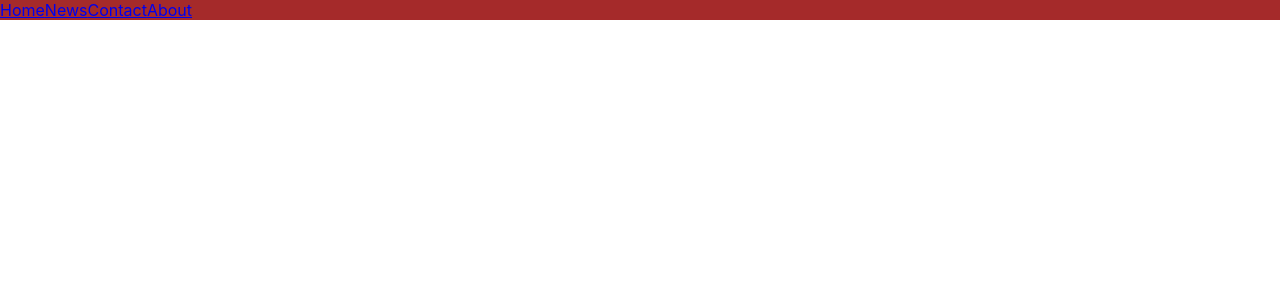
Repository: tusharpasricha/owlsomecoffee
Page: /
The author's editor kept a copy of each file at every save. The page is drawn from the files as they stood at one save, then again after the next save.
The browser window is 1280 px wide. The pictures show the whole page.
The project was rebuilt for these pictures with package versions that can differ from the ones it lists, and the page was loaded fresh each time.

Above is the page before, as saved 2021-09-27 08:05:12.

### src/App.js

//import './App.css';
import Navbar from './components/navbar';

function App() {
  return (
    <div className="App">
     <Navbar>
     </Navbar>

    </div>
  );
}

export default App;

### src/components/navbar.js
import React from 'react'
import './navbar.css'

const Navbar = () => {
    return (
        <div className="nav">
            <ul>
  <li><a href="default.asp">Home</a></li>
  <li><a href="news.asp">News</a></li>
  <li><a href="contact.asp">Contact</a></li>
  <li><a href="about.asp">About</a></li>
</ul>
        </div>
    )
}

export default Navbar

### src/components/navbar.css
.nav{
    background-color: brown;
    height: 50%;
}
ul {
    display: flex;
    list-style-type: none;
    margin: 0;
    padding: 0;

  }

Loaded but not shown: public/index.html (common file); src/index.js (common file); src/index.css (common file)

After the next save:
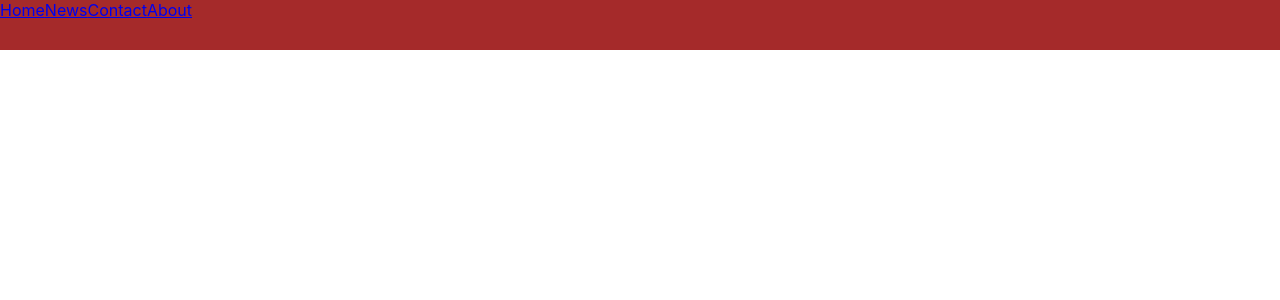
Saved 7 s later.
--- a/src/components/navbar.css
+++ b/src/components/navbar.css
@@ -1,6 +1,6 @@
 .nav{
     background-color: brown;
-    height: 50%;
+    height: 50px;
 }
 ul {
     display: flex;
